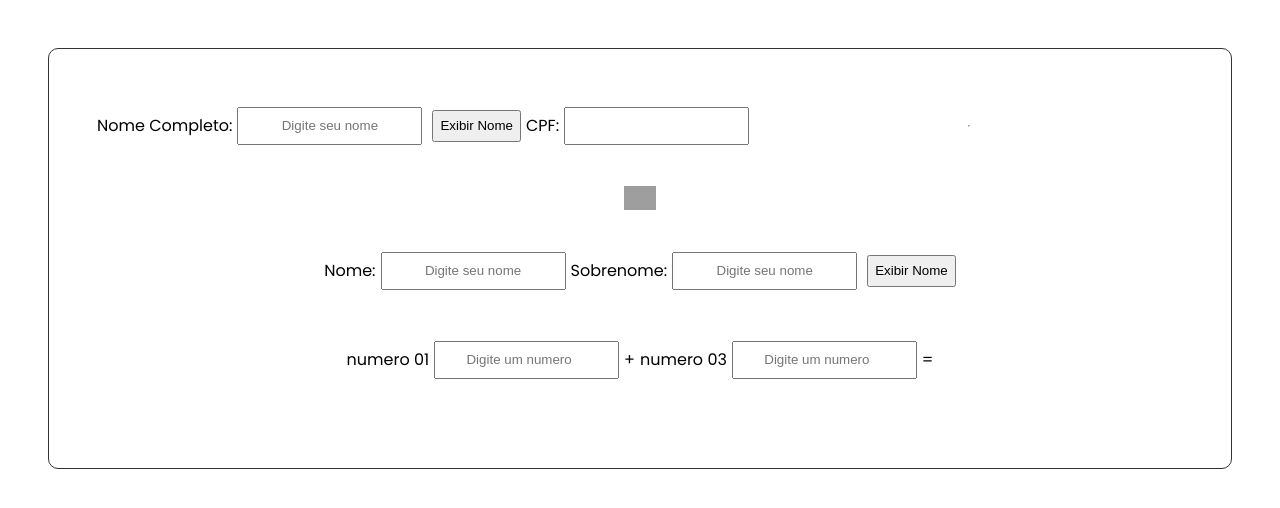
Repository: guilhermecardoso93/exerciciosjs
Page: index.html
These files come from the project's save history. The page is drawn as it stood at one moment and after the next save; the edit follows.
The browser window is 1280 px wide. The pictures show the whole page.
Pictures or frames that could not be fetched are drawn as grey boxes.

Above is the page before, as saved 2023-05-20 12:56:15.

### index.html
<!DOCTYPE html>
<html lang="pt-Br">
  <head>
    <meta charset="UTF-8">
    <meta http-equiv="X-UA-Compatible" content="IE=edge">
    <meta name="viewport" content="width=device-width, initial-scale=1.0">
    <link rel="preconnect" href="https://fonts.googleapis.com">
    <link rel="preconnect" href="https://fonts.gstatic.com" crossorigin>
    <link rel="stylesheet" href="styles.css">
    <link
      href="https://fonts.googleapis.com/css2?family=Poppins:wght@400;500&display=swap"
      rel="stylesheet">
    <title>40 - exercícios de JS</title>
  </head>
  <body>
    <div class="NameDiv">
      <p>Nome Completo:</p>
      <input type="text" name="name" id="name"
        placeholder="Digite seu nome"/>
      <br />
      <input type="button" value="Exibir Nome" id="exibir-nome"/>
      <p>CPF:</p>
      <input maxlength="14" id="cpf" />
      <hr />
    </div>
    <div>
      <img id="lamp" src="https://www.w3schools.com/js/pic_bulboff.gif">
    </div>
    <div class="fullNameDiv">
      <p>Nome:</p>
      <input type="text" name="name-2" id="name-2"
        placeholder="Digite seu nome"/>
      <p>Sobrenome:</p>
      <input type="text" name="fullname" id="fullname"
        placeholder="Digite seu nome"/>
      <br/>
      <input type="button" value="Exibir Nome" id="exibir-nome-convidado"/>
    </div>
    <div>
      <p>numero 01</p>
      <input type="number" name="number-1" id="number-1"
        placeholder="Digite um numero"/>
        +
      <p>numero 03</p>
      <input type="number" name="number-2" id="number-2"
        placeholder="Digite um numero"/>
         =
    </div>
  </body>
  <script src="./script.js"></script>
</html>

### styles.css
body {
  font-family: "Poppins", sans-serif;
  margin: 3rem;
  border: 1px solid #333;
  border-radius: 10px;
  padding: 3rem;
}

#lamp {
  cursor: pointer;
  cursor: hand;
  width: 2rem;
}

body input {
  height: 2rem;
  text-align: center;
}

div {
  display: flex;
  gap: 5px;
  align-items: center;
  justify-content: center;
  margin-bottom: 2rem;
}

### script.js
//alert('Hello World!');
const conta = `valor de 2 + 2 é`;
//alert(`${conta} ${2 + 2}` )

const buttonShowName = document.getElementById("exibir-nome");

buttonShowName.addEventListener("click", () => {
  const inputValue = document.getElementById("name").value;
  alert(`Meu nome Completo é ${inputValue}`);
  alert(`A quantidade de letras no seu nome é de ${inputValue.length}`);
});

function turnOnOff() {
  var image = document.getElementById("lamp").src;
  var lampOn = "https://www.w3schools.com/js/pic_bulbon.gif";
  var lampOff = "https://www.w3schools.com/js/pic_bulboff.gif";

  if (image == lampOn) {
    document.getElementById("lamp").src = lampOff;
  } else {
    document.getElementById("lamp").src = lampOn;
  }
}
document.getElementById("lamp").addEventListener("mouseover", turnOnOff);
//document.getElementById("lamp").addEventListener("click", turnOnOff);

const buttonShowFullName = document.getElementById("exibir-nome-convidado");

buttonShowFullName.addEventListener("click", () => {
  const inputValueName = document.getElementById("name-2").value;
  const inputValueFullName = document.getElementById("fullname").value;
  alert(`Meu nome Completo é ${inputValueName} ${inputValueFullName}`);
});

const cpf = document.querySelector("#cpf");

cpf.addEventListener("keyup", () => {
  let value = cpf.value.replace(/[^0-9]/g, "").replace(/^([\d]{3})([\d]{3})?([\d]{3})?([\d]{2})?/, "$1.$2.$3-$4");

  cpf.value = value;
});

After the next save:
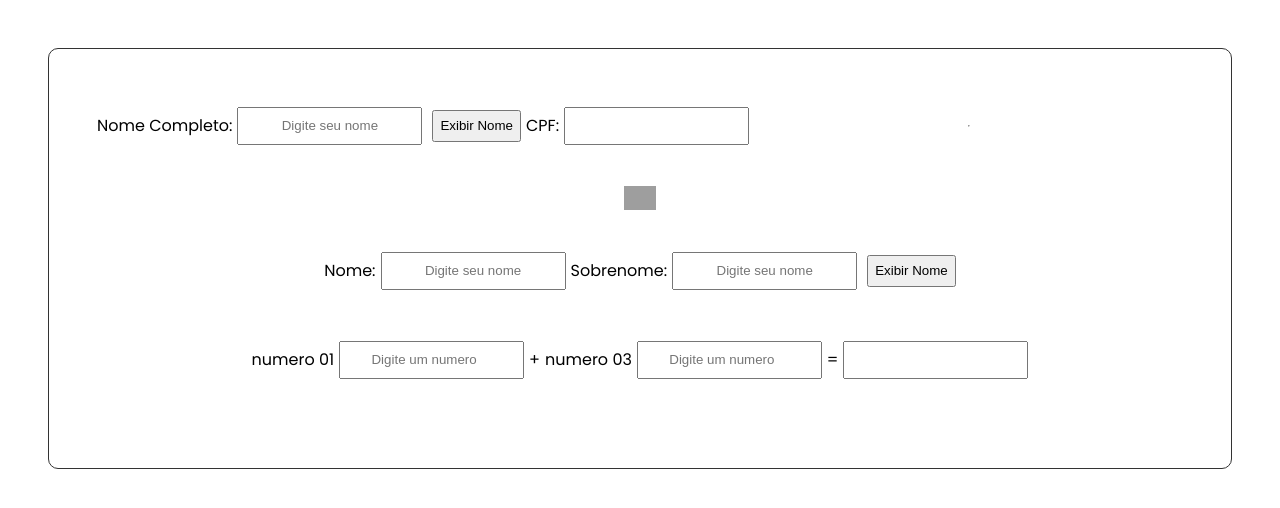
Saved 31 s later.
--- a/index.html
+++ b/index.html
@@ -40,11 +40,13 @@
       <p>numero 01</p>
       <input type="number" name="number-1" id="number-1"
         placeholder="Digite um numero"/>
-        +
+      +
       <p>numero 03</p>
       <input type="number" name="number-2" id="number-2"
         placeholder="Digite um numero"/>
-         =
+      =
+      <input type="number" name="result" id="result"
+       />
     </div>
   </body>
   <script src="./script.js"></script>
